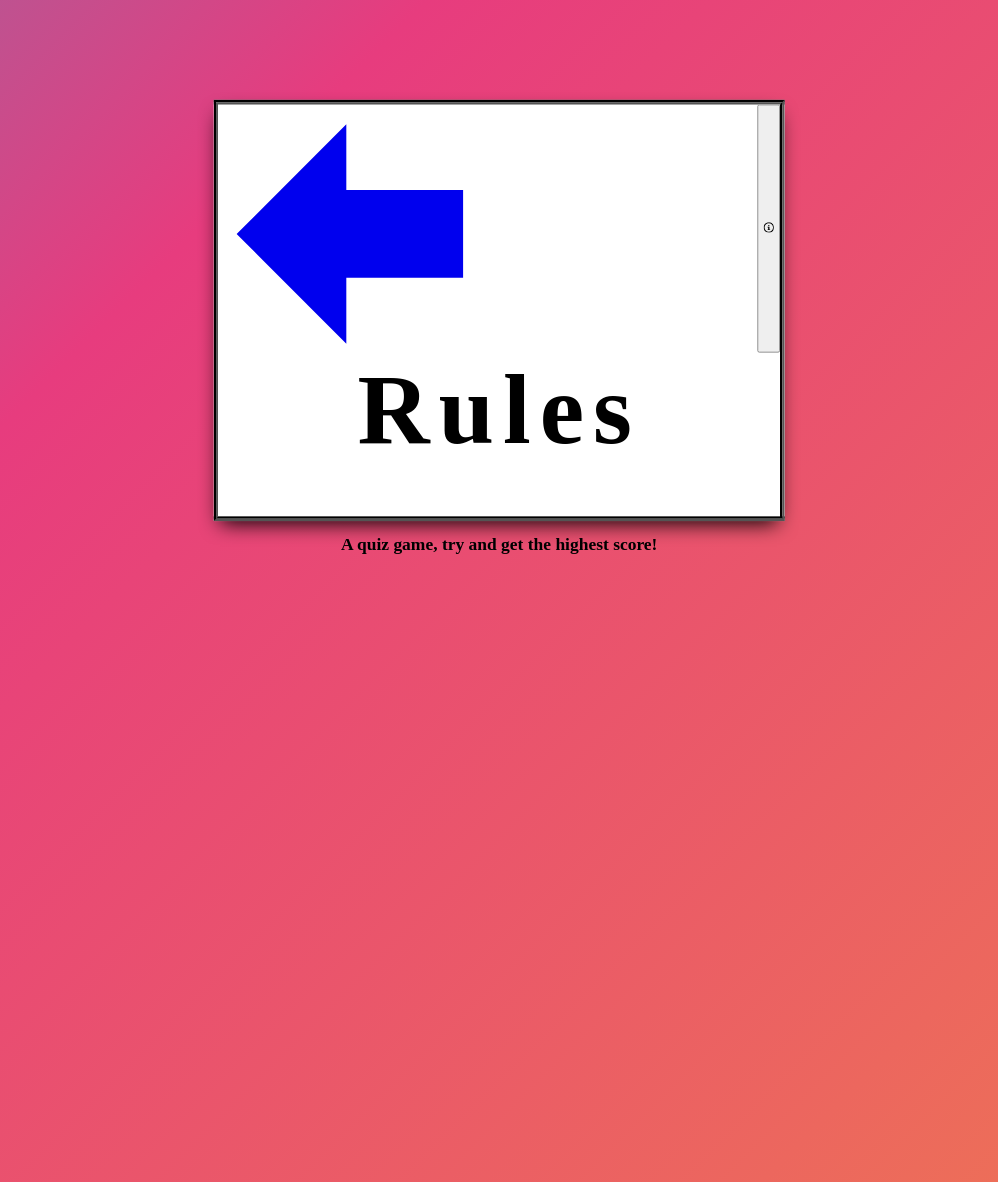
Repository: PatrickTheCodeGuy/QuizApp
Page: /newGame (app in quizapp/)
An editor plug-in stored every save of this project. The page is shown before and after the next save, followed by the edit.
The browser window is 1280 px wide. The pictures show the whole page, at 78% of full size.
The project was rebuilt for these pictures with package versions that can differ from the ones it lists, and the page was loaded fresh each time. A package was used in the major version that the imports need, not the one package.json lists. Also part of the build but not shown: quizapp/src/App.css, quizapp/src/components/Leaderboard/Leaderboard.css, quizapp/src/components/Leaderboard/Leaderboard.js, quizapp/src/components/StartMenu/StartMenu.js, quizapp/src/App.js.

Above is the page before, as saved 2021-07-08 19:03:51.

After the next save:
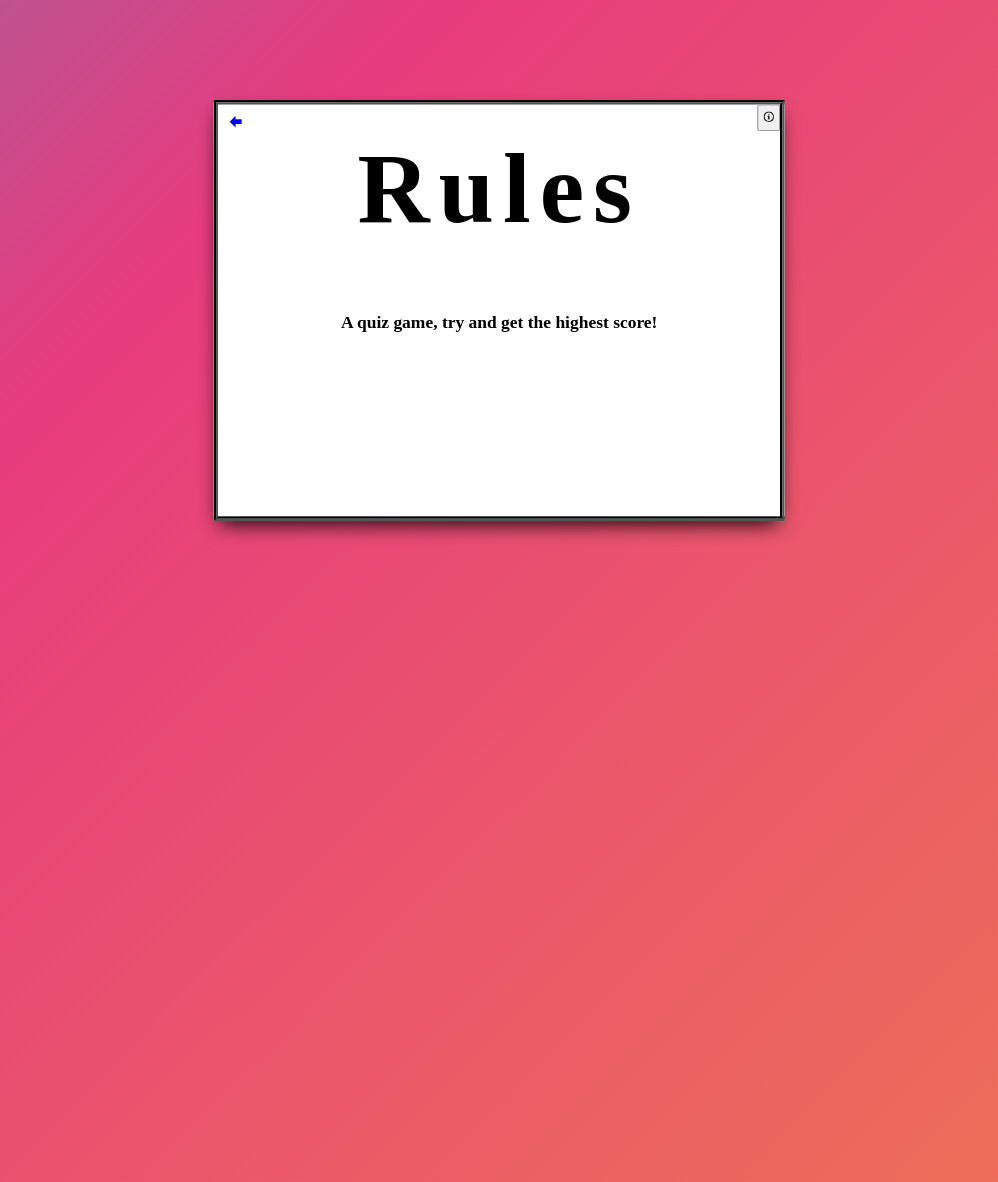
Saved 14 s later.
--- a/quizapp/src/components/GameInfo/GameInfo.js
+++ b/quizapp/src/components/GameInfo/GameInfo.js
@@ -17,7 +17,7 @@
         <div className="gameInfo-container">
             <div className="gameInfo-header">
                 <Link className="back-button" to="/">
-																		<ImArrowLeft size="small" className="back-arrow"/>
+																		<ImArrowLeft className="back-arrow"/>
 																</Link>
 																<button onClick={() => setModalIsOpen(true)}>
 																	<ImInfo className="info-icon"/>

After the save that followed:
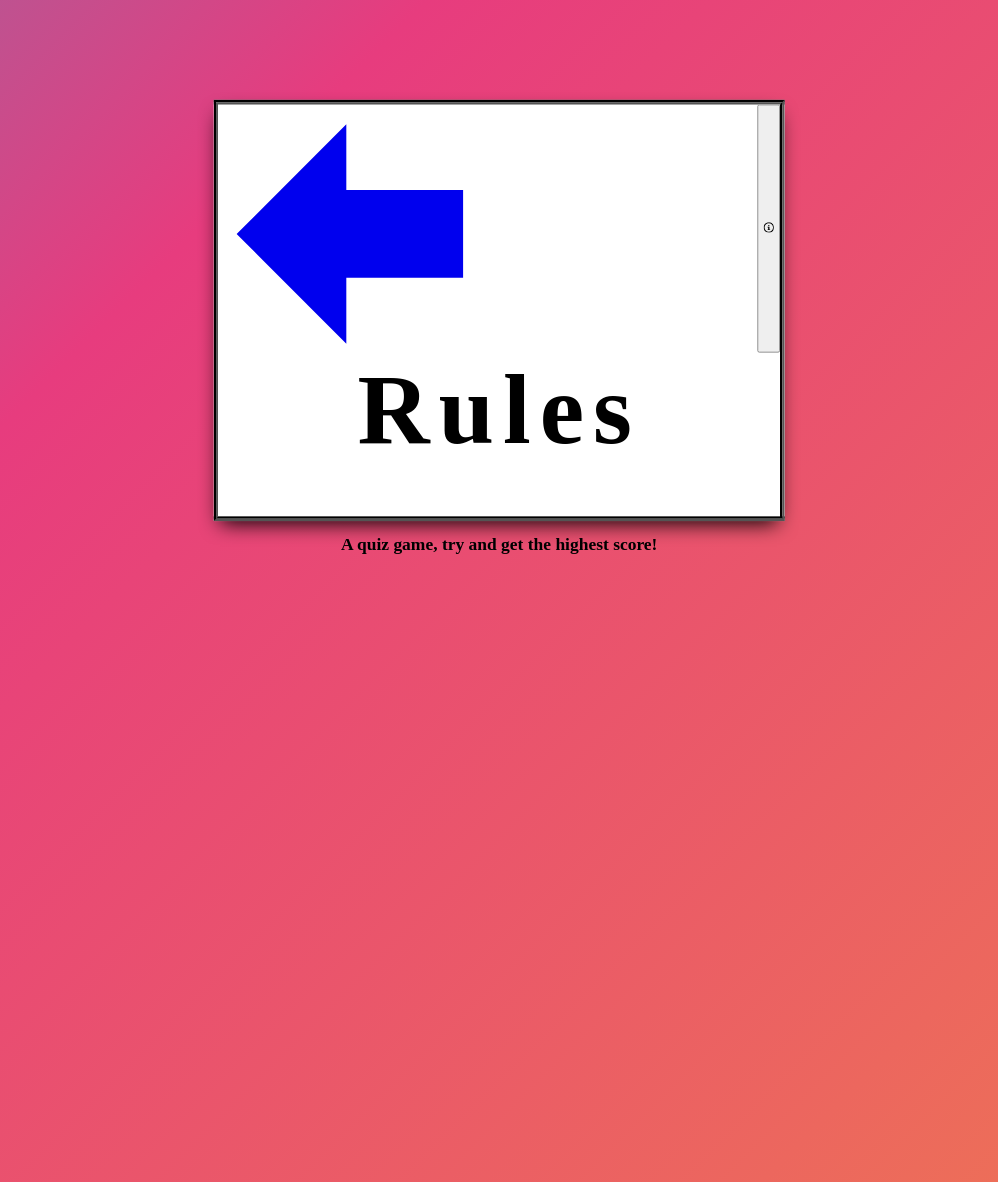
Saved 10 s later.
--- a/quizapp/src/components/GameInfo/GameInfo.js
+++ b/quizapp/src/components/GameInfo/GameInfo.js
@@ -17,7 +17,7 @@
         <div className="gameInfo-container">
             <div className="gameInfo-header">
                 <Link className="back-button" to="/">
-																		<ImArrowLeft className="back-arrow"/>
+																		<ImArrowLeft size="small" className="back-arrow"/>
 																</Link>
 																<button onClick={() => setModalIsOpen(true)}>
 																	<ImInfo className="info-icon"/>
